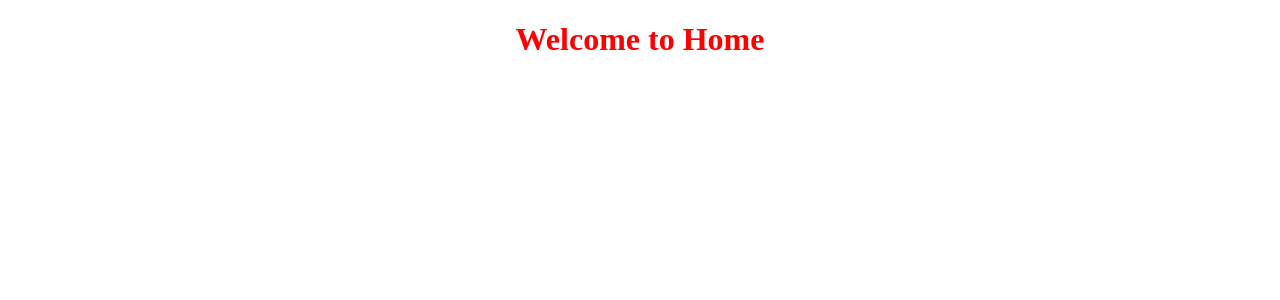
Repository: github-krishnakanth/DesignPatternsRepo
Page: http://localhost/FilterDesignPattern/home.jsp
An editor plug-in stored every save of this project. The page is shown before and after the next save, followed by the edit.
The browser window is 1280 px wide. The pictures show the whole page.
The page is served by Tomcat 9. Other server files are loaded and not shown.

Above is the page before, as saved 2019-08-06 12:14:26.

### FilterDesignPattern/WebContent/home.jsp
<%@ page language="java" contentType="text/html; charset=ISO-8859-1"
    pageEncoding="ISO-8859-1"%>
<!DOCTYPE html>
<html>
	<head>
		<meta charset="ISO-8859-1">
		<title>Home Page</title>
	</head>
	<body>
		<h1 align="center" style="color: red;">Welcome to Home</h1>
	</body>
</html>

After the next save:
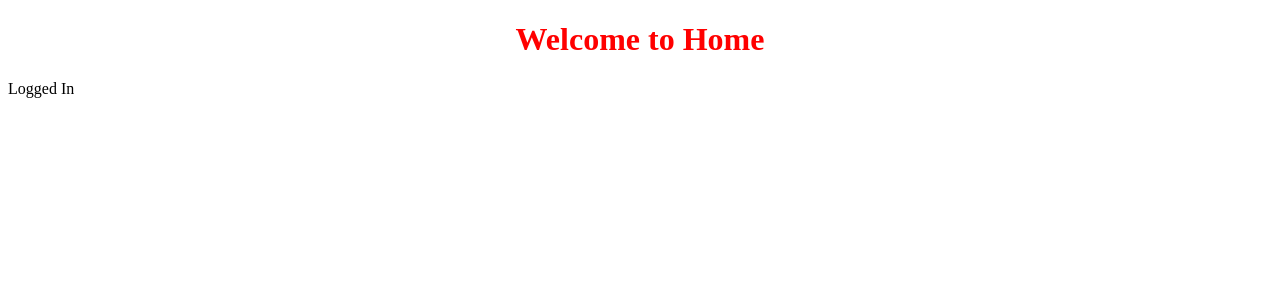
Saved 2 min 16 s later.
--- a/FilterDesignPattern/WebContent/home.jsp
+++ b/FilterDesignPattern/WebContent/home.jsp
@@ -8,5 +8,9 @@
 	</head>
 	<body>
 		<h1 align="center" style="color: red;">Welcome to Home</h1>
+		<form action="empList.do">
+			Logged In ${loggedInUser}
+			<input type="hidden" name="token" value="${token}"/>
+		</form>
 	</body>
 </html>
